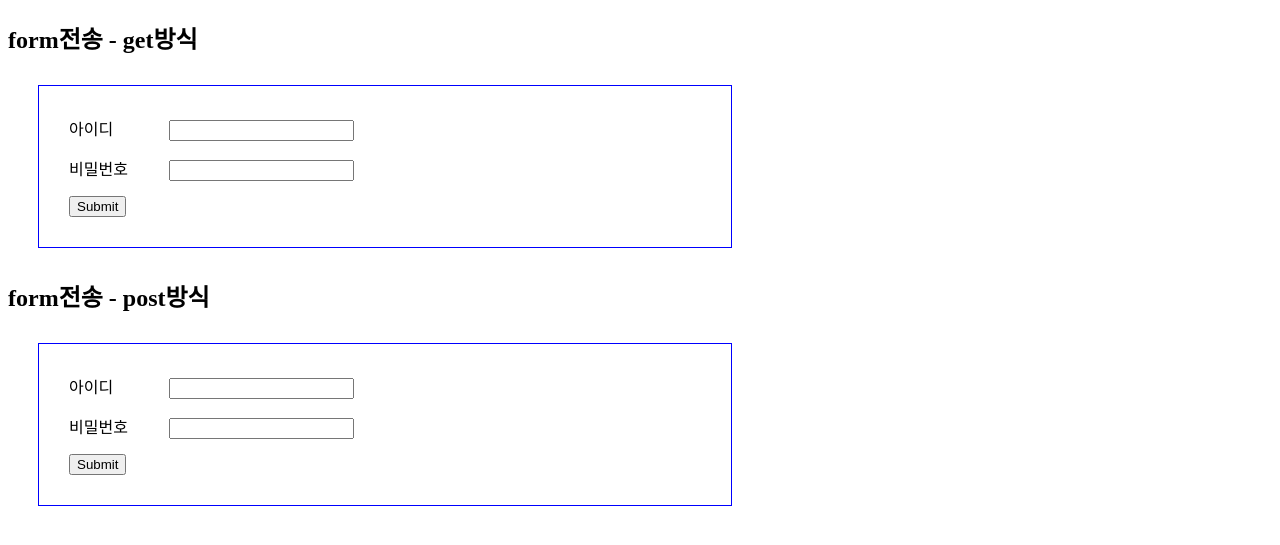
Repository: windy9109/FrontendClass
Page: webpro/src/main/webapp/0225/formDate.html
These files come from the project's save history. The page is drawn as it stood at one moment and after the next save; the edit follows.
The browser window is 1280 px wide. The pictures show the whole page.

Above is the page before, as saved 2022-02-25 06:18:09.

### webpro/src/main/webapp/0225/formDate.html
<!DOCTYPE html>
<html>
<head>
<meta charset="UTF-8">
<title>Insert title here</title>
<style type="text/css">
form{
border: 1px solid blue;
margin: 30px;
padding: 30px;
width:50%;
}
label{
/* 인라인 요소에 크기조절
	display : inline block */
display: inline-block;
width:100px;
height: 40px;
}

</style>
</head>
<body>

	<h2>form전송 - get방식</h2>
	<form action="form.jsp" method="get">
		<label>아이디</label><input type="text" name="id"><br>
		<label>비밀번호</label><input type="passward" name="pass"><br>
		<input type="submit">
	</form>


	<h2>form전송 - post방식</h2>
	<form action="form.jsp" method="post">
		<label>아이디</label><input type="text" name="id"><br>
		<label>비밀번호</label><input type="passward" name="pass"><br>
		<input type="submit">
	</form>




</body>
</html>

After the next save:
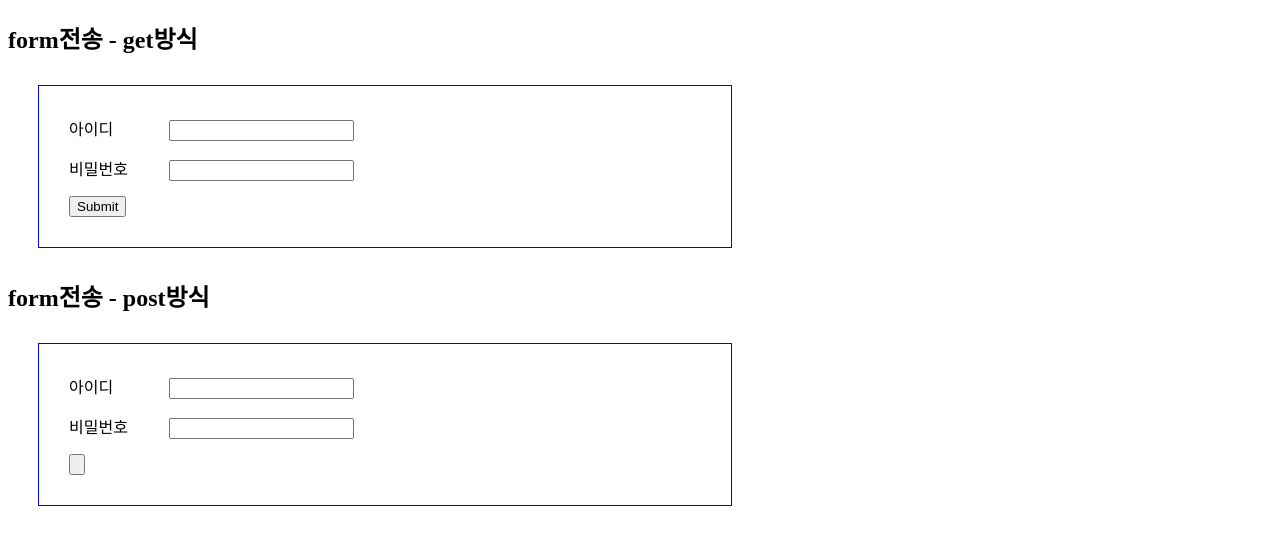
Saved 3 min 54 s later.
--- a/webpro/src/main/webapp/0225/formDate.html
+++ b/webpro/src/main/webapp/0225/formDate.html
@@ -34,7 +34,7 @@
 	<form action="form.jsp" method="post">
 		<label>아이디</label><input type="text" name="id"><br>
 		<label>비밀번호</label><input type="passward" name="pass"><br>
-		<input type="submit">
+		<input type="button">
 	</form>
 
 
